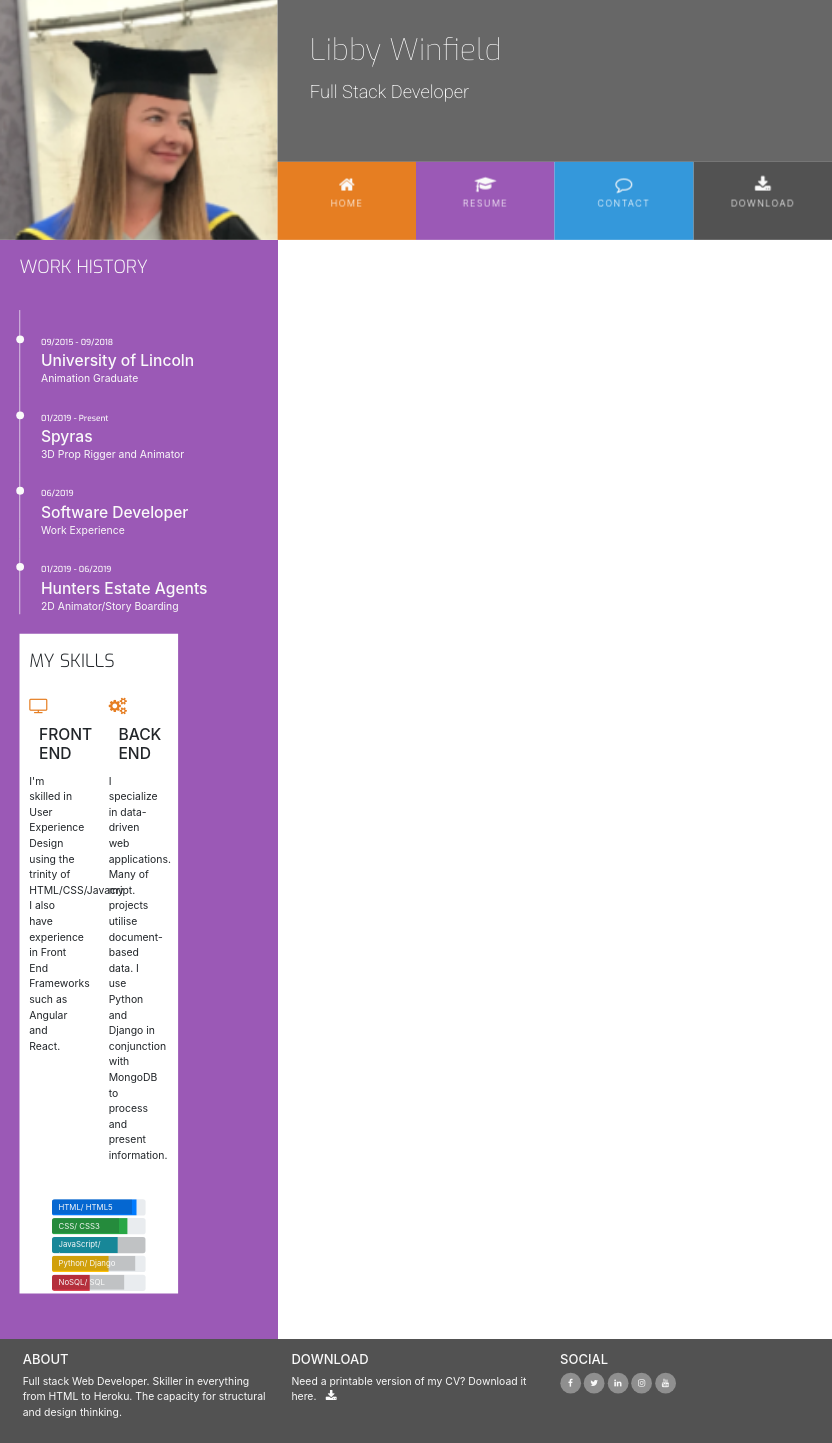
Repository: LibbyWin/CV
Page: resume.html
The author's editor kept a record of every edit. The page is drawn from the files as they stood at one moment, then again after the next edit.
The browser window is 1280 px wide. The pictures show the whole page, at 65% of full size.

Above is the page before.

After the next edit:
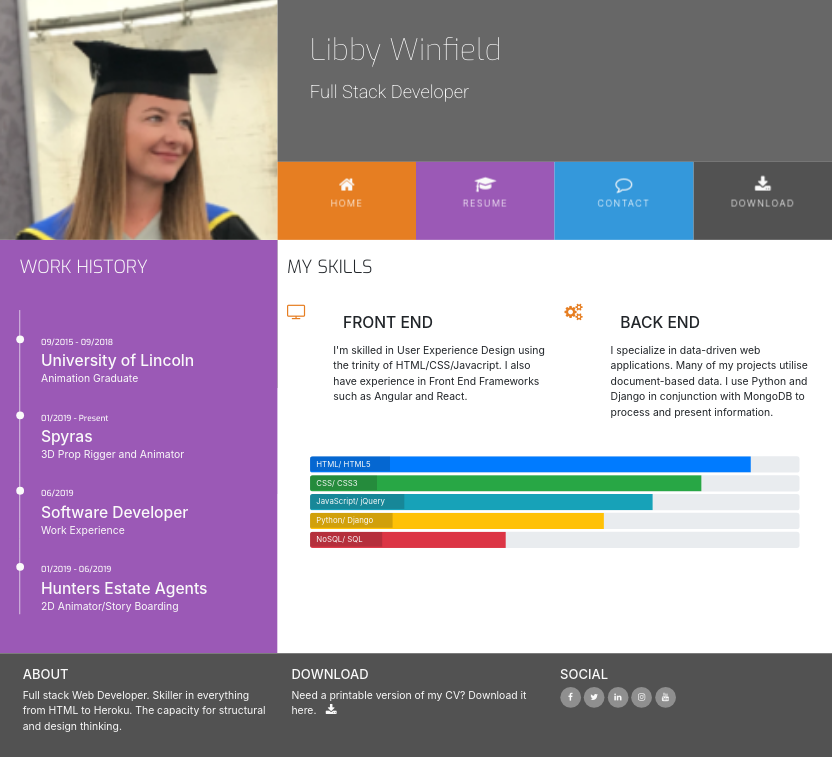
The edit:
--- a/resume.html
+++ b/resume.html
@@ -63,23 +63,23 @@
                     </div>
                 </div>
                 <div class="history-items">
-                <div class="timeline-item" data-dates="09/2015 - 09/2018">
-                    <h4>University of Lincoln</h4>
-                    <p>Animation Graduate</p>
-                </div>
-
-                <div class="timeline-item" data-dates="01/2019 - Present">
-                    <h4>Spyras</h4>
-                    <p>3D Prop Rigger and Animator</p>
-                </div>
-
-                <div class="timeline-item" data-dates="06/2019">
-                    <h4>Software Developer</h4>
-                    <p>Work Experience</p>
-                </div>
-                <div class="timeline-item" data-dates="01/2019 - 06/2019">
-                    <h4>Hunters Estate Agents</h4>
-                    <p>2D Animator/Story Boarding</p>
+                    <div class="timeline-item" data-dates="09/2015 - 09/2018">
+                        <h4>University of Lincoln</h4>
+                        <p>Animation Graduate</p>
+                    </div>
+                    <div class="timeline-item" data-dates="01/2019 - Present">
+                        <h4>Spyras</h4>
+                        <p>3D Prop Rigger and Animator</p>
+                    </div>
+
+                    <div class="timeline-item" data-dates="06/2019">
+                        <h4>Software Developer</h4>
+                        <p>Work Experience</p>
+                    </div>
+                    <div class="timeline-item" data-dates="01/2019 - 06/2019">
+                        <h4>Hunters Estate Agents</h4>
+                        <p>2D Animator/Story Boarding</p>
+                    </div>
                 </div>
             </div>
             <div class="col-md-8 bg-color-three-reasons">
